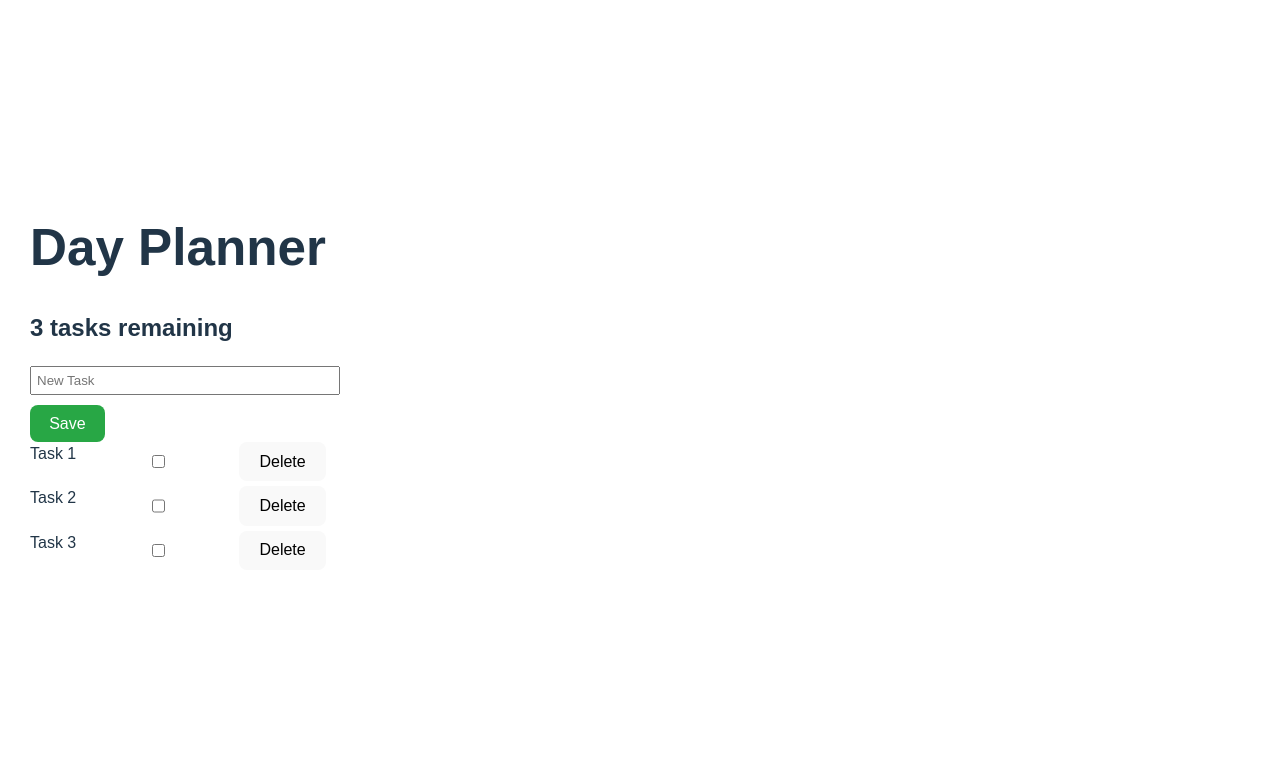
Repository: GavinPahal/lab5
Page: /
The author's editor kept a copy of each file at every save. The page is drawn from the files as they stood at one save, then again after the next save.
The browser window is 1280 px wide. The pictures show the whole page.
The project was rebuilt for these pictures with package versions that can differ from the ones it lists, and the page was loaded fresh each time. Also part of the build but not shown: vite.config.js.

Above is the page before, as saved 2024-10-11 17:41:58.

### src/App.jsx
// src/App.jsx
import React, { useState } from 'react';
import Header from '../components/Header';
import TaskForm from '../components/TaskForm';
import TaskList from '../components/TaskList';
import './App.css';

function App() {
  // Initial state with predefined tasks labeled as Task 1, Task 2, Task 3
  const [tasks, setTasks] = useState([
    { id: 1, name: "Task 1", isCompleted: false },
    { id: 2, name: "Task 2", isCompleted: false },
    { id: 3, name: "Task 3", isCompleted: false },
  ]);

  // Add a new task
  const addTask = (name) => {
    setTasks([...tasks, { id: Date.now(), name, isCompleted: false }]);
  };

  // Toggle task completion
  const toggleComplete = (id) => {
    setTasks(
      tasks.map((task) =>
        task.id === id ? { ...task, isCompleted: !task.isCompleted } : task
      )
    );
  };

  // Remove a task
  const deleteTask = (id) => {
    setTasks(tasks.filter((task) => task.id !== id));
  };

  // Count of pending tasks
  const pendingTasksCount = tasks.filter((task) => !task.isCompleted).length;

  return (
    <div className="app">
      <Header pendingTasksCount={pendingTasksCount} />
      <TaskForm addTask={addTask} />
      <TaskList
        tasks={tasks}
        toggleComplete={toggleComplete}
        deleteTask={deleteTask}
      />
    </div>
  );
}

export default App;

### components/Header.jsx
// components/Header.jsx
import React from 'react';

function Header({ pendingTasksCount }) {
  return (
    <header>
      <h1>Day Planner</h1>
      <h2>{pendingTasksCount} tasks remaining</h2>
    </header>
  );
}

export default Header;

### components/TaskForm.jsx
// components/TaskForm.jsx
import React, { useState } from 'react';

function TaskForm({ addTask }) {
  const [taskName, setTaskName] = useState('');

  const handleSubmit = (e) => {
    e.preventDefault();
    if (taskName.trim() !== '') {
      addTask(taskName);
      setTaskName('');
    }
  };

  return (
    <form onSubmit={handleSubmit}>
      <input
        type="text"
        placeholder="New Task"
        value={taskName}
        onChange={(e) => setTaskName(e.target.value)}
      />
      <button type="submit" className="save">Save</button>
    </form>
  );
}

export default TaskForm;

### components/TaskList.jsx
// components/TaskList.jsx
import React from 'react';
import Task from './Task';

function TaskList({ tasks, toggleComplete, deleteTask }) {
  return (
    <div>
      {tasks.map((task) => (
        <Task
          key={task.id}
          task={task}
          toggleComplete={toggleComplete}
          deleteTask={deleteTask}
        />
      ))}
    </div>
  );
}

export default TaskList;

### src/App.css
/* src/App.css */
body {
  font-family: sans-serif;
  margin: 0;
  padding: 20px;
}

.app {
  background-color: #fff;
  padding: 10px;
  border-radius: 5px;
}

.task {
  display: flex;
  justify-content: space-between;
  margin-bottom: 5px;
}

input[type="text"] {
  width: 100%;
  padding: 5px;
  margin-bottom: 10px;
}

button {
  padding: 5px;
}

button.save {
  background-color: #28a745; /* Green color */
  color: white;
  border: none;
  cursor: pointer;
}

button.save:hover {
  background-color: #218838; /* Darker green on hover */
}

.completed span {
  text-decoration: line-through;
}

### components/Task.jsx
// components/Task.jsx
import React from 'react';

function Task({ task, toggleComplete, deleteTask }) {
  return (
    <div className="task">
      <span>{task.name}</span>
      <input
        type="checkbox"
        checked={task.isCompleted}
        onChange={() => toggleComplete(task.id)}
      />
      <button onClick={() => deleteTask(task.id)}>Delete</button>
    </div>
  );
}

export default Task;

Loaded but not shown: index.html (common file); src/main.jsx (common file); src/index.css (common file)

After the next save:
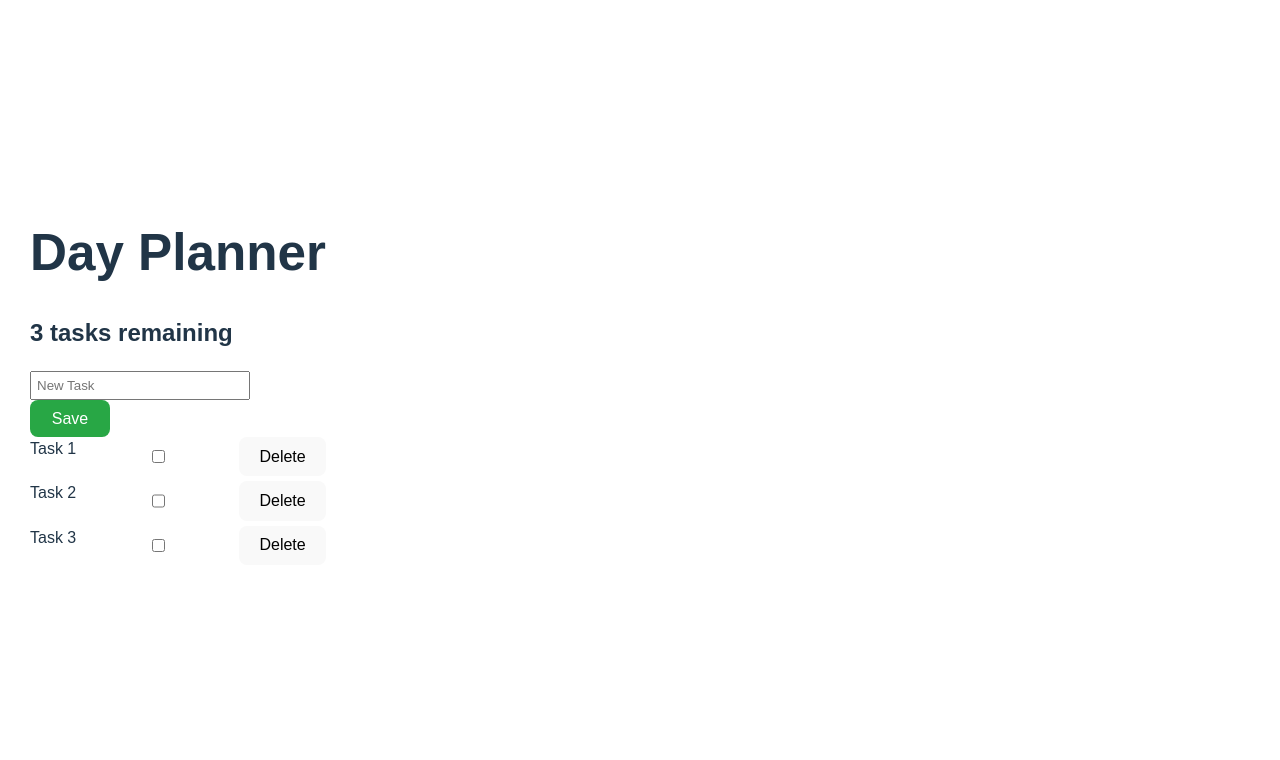
Saved 54 s later.
--- a/src/App.css
+++ b/src/App.css
@@ -18,9 +18,9 @@ body {
 }
 
 input[type="text"] {
-  width: 100%;
+  width: calc(100% - 90px); /* Adjust width to accommodate the button */
   padding: 5px;
-  margin-bottom: 10px;
+  margin-right: 5px; /* Add space between input and button */
 }
 
 button {
@@ -32,6 +32,7 @@ button.save {
   color: white;
   border: none;
   cursor: pointer;
+  width: 80px; /* Fixed width for the button */
 }
 
 button.save:hover {
